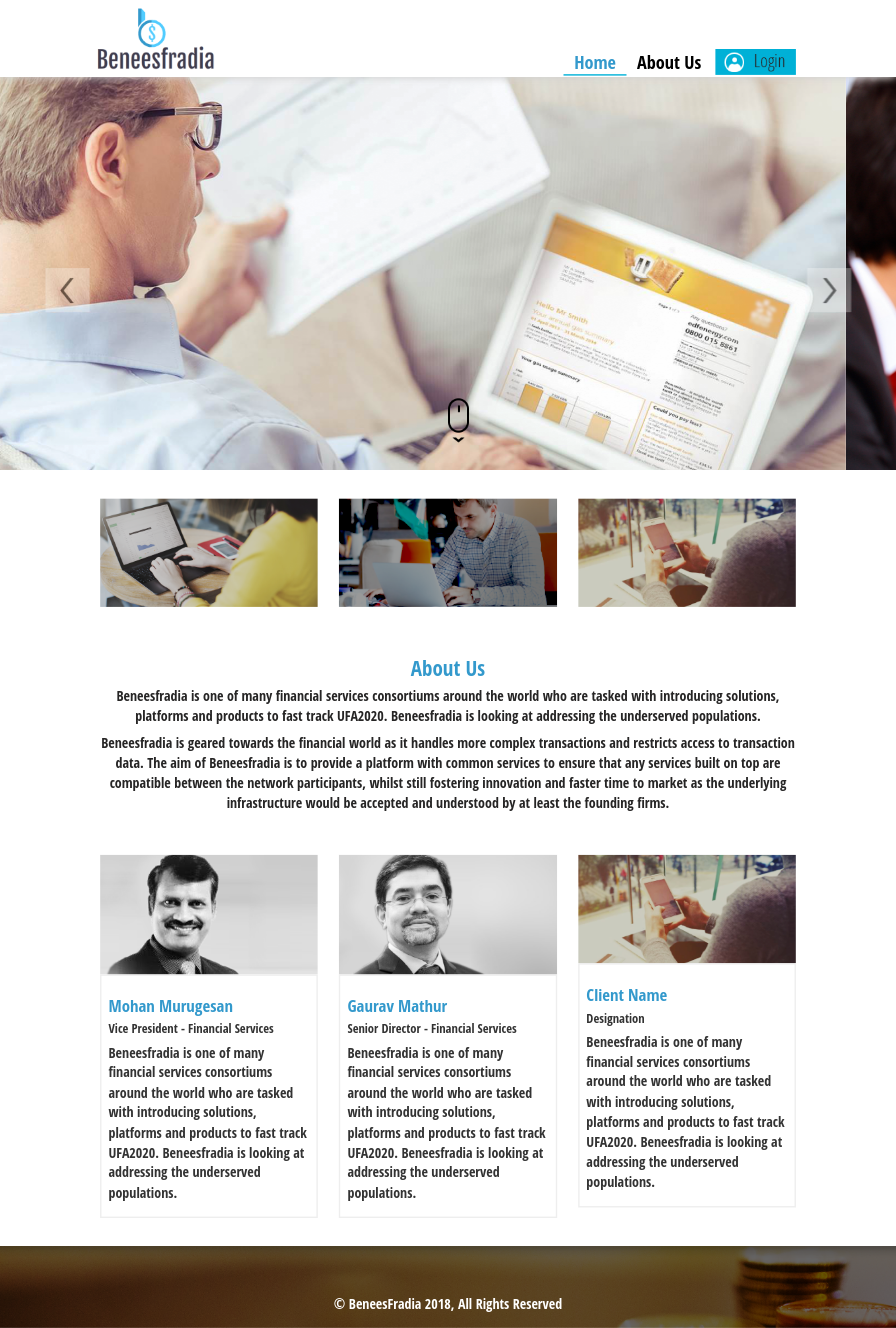
Repository: intkhabahmed/AcceleratedBootcampWebsites
Page: http://localhost/BeneesFradia/UI/index.jsp
The author's editor kept a copy of each file at every save. The page is drawn from the files as they stood at one save, then again after the next save.
The browser window is 1280 px wide. The pictures show the whole page, at 70% of full size.
Some web fonts or font styles are not loaded; a fallback is used. The page is served by Tomcat 9. Nobody is signed in. The application's start-up code is not run.

Above is the page before, as saved 2018-02-13 08:20:34.

After the next save:
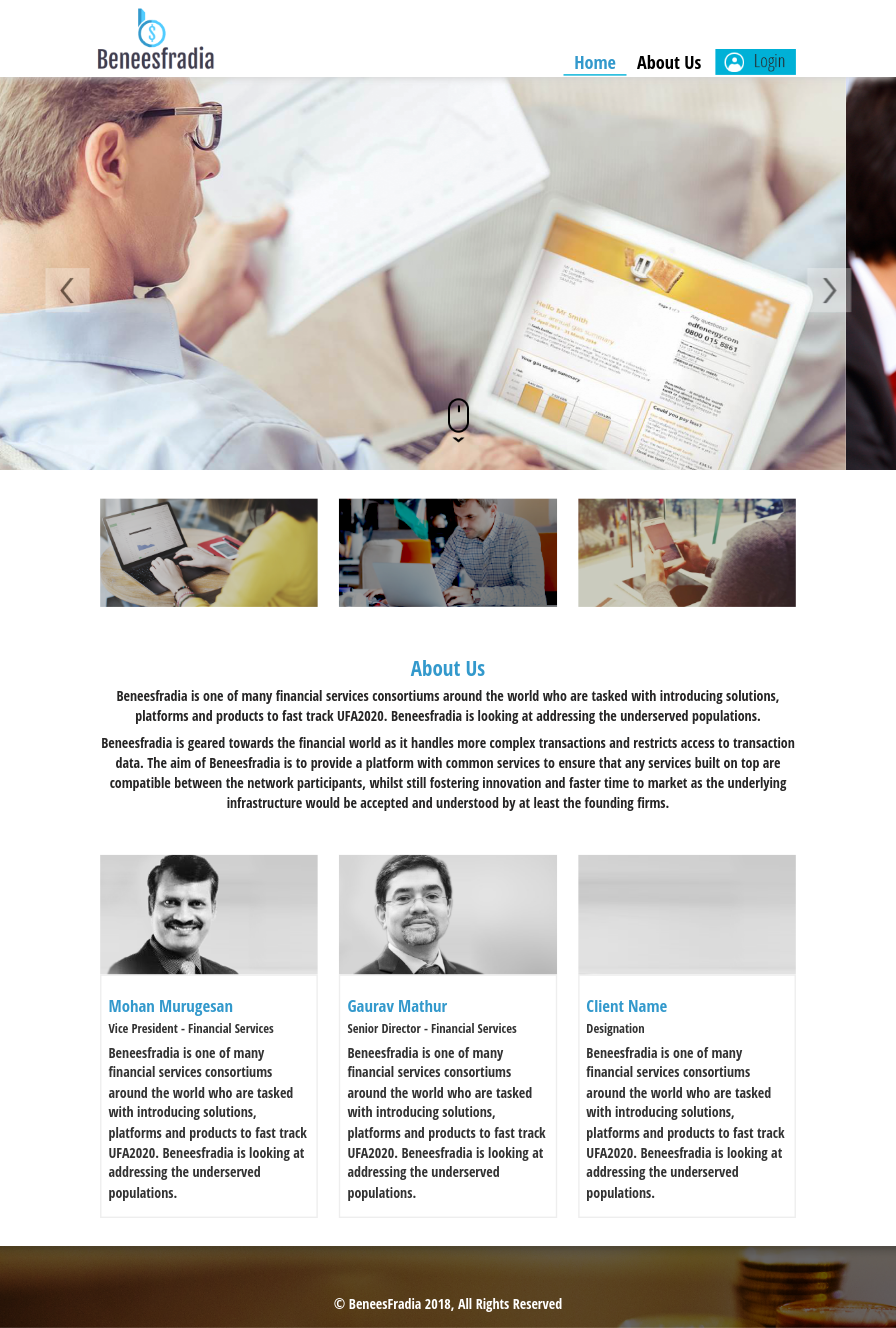
Saved 2 h 27 min later.
--- a/BeneesFradia/WebContent/UI/index.jsp
+++ b/BeneesFradia/WebContent/UI/index.jsp
@@ -124,7 +124,7 @@
 			</div>
 			<div class="col-sm-4">
 				<div class="img-container">
-					<img src="images/contact.png" alt="ContactUs"
+					<img src="images/thirdimg.png" alt="ContactUs"
 						class="img img-responsive">
 				</div>
 				<div class="client_desc">
